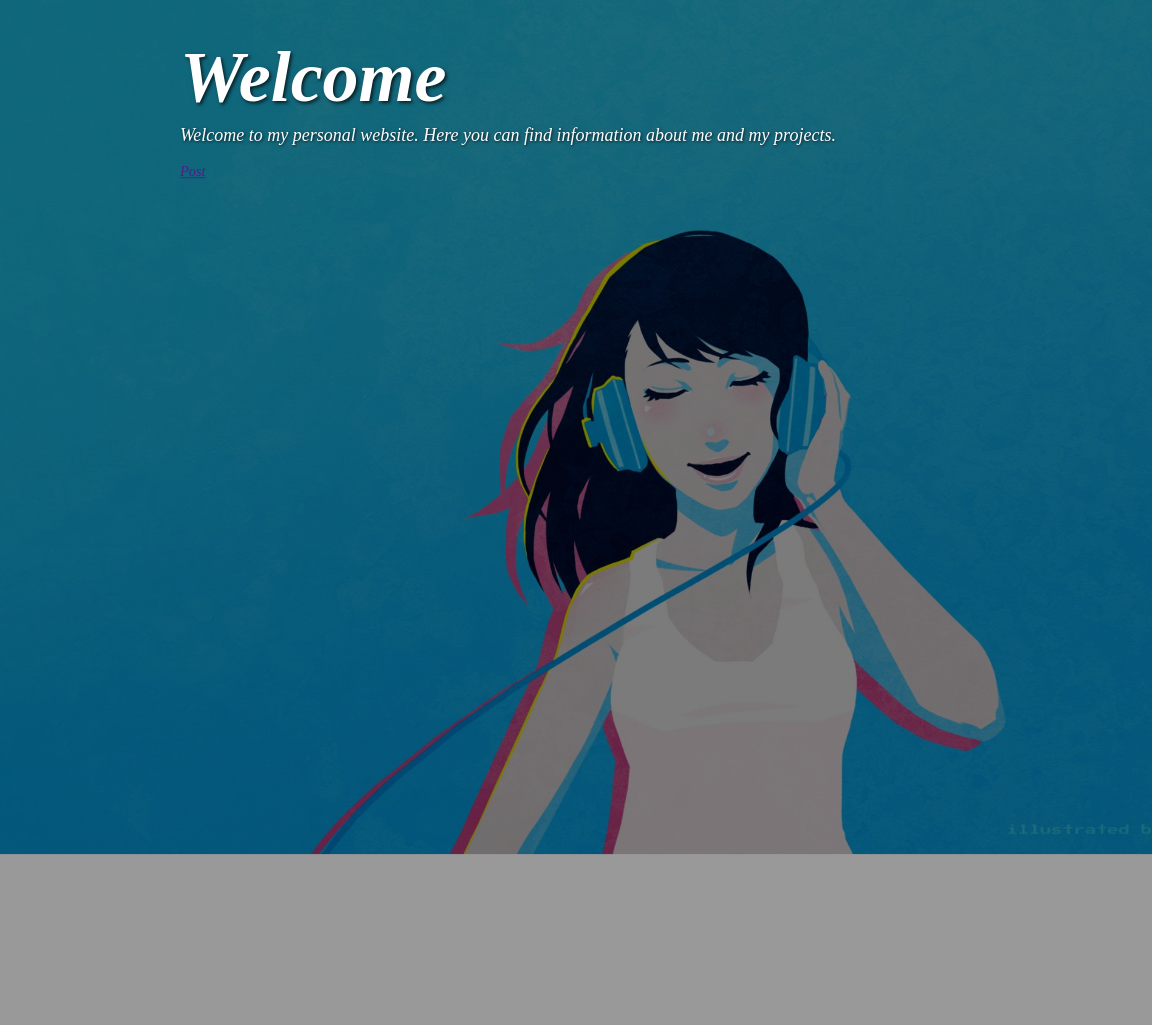
Repository: cydxf/cydxf.github.io
Page: index.html
The author's editor kept a copy of each file at every save. The page is drawn from the files as they stood at one save, then again after the next save.
The browser window is 1280 px wide. The pictures show the whole page, at 90% of full size.

Above is the page before, as saved 2024-08-02 02:15:39.

### index.html
<!DOCTYPE html>
<html lang="en">
<head>
    <meta charset="UTF-8">
    <meta name="viewport" content="width=device-width, initial-scale=1.0">
    <title>My Personal Website</title>
    <link rel="stylesheet" href="css/styles.css">
</head>
<body>
    <main>
        <section id="home" class="hero">
            <div class="hero-content">
                <h1>Welcome</h1>
                <p>Welcome to my personal website. Here you can find information about me and my projects.</p>
                <a href="" class="button">Post</a>
            </div>
        </section>
        <section id="about">
            <h2>About Me</h2>
            <p>This is the about section where you can find more information about me.</p>
        </section>
        <section id="projects">
            <h2>Projects</h2>
            <p>Here are some of my recent projects.</p>
            <ul>
                <li>Project 1</li>
                <li>Project 2</li>
                <li>Project 3</li>
            </ul>
        </section>
        <section id="contact">
            <h2>Contact</h2>
            <p>If you want to get in touch, please contact me via email.</p>
        </section>
    </main>
    <footer>
        <p>&copy; 2024 Huang Jiaxi</p>
    </footer>
    <script src="js/script.js"></script>
    </head>
</body>
</html>

### css/styles.css
body, html {
    margin: 0;
    padding: 0;
    height: 100%;
    width: 100%;
}

.hero {
    position: absolute;
    width: 100%;
    height: 131.8vh; /* Viewport height */
    left: 0;
    top: 0;
    background-image: url('../resource/image/shigiChannelArt_clean.jpg'); /* 首页大图  */
    background-size: cover;
    background-position: center;
    background-repeat: no-repeat;
    color: #fff;
    display: flex;
    justify-content: flex-start;
    align-items: flex-start;
    text-align: left;
}

.hero:before{
    content: '';
    position: absolute;
    top: 0;
    left: 0;
    width: 100%;
    height: 120%;
    background: rgba(0, 0, 0, 0.4);
    z-index: 1;
}

.hero-content {
    position: relative;
    z-index: 2;
    padding: 40px;
    margin-left: 160px;
    font-style: italic;
}

.hero h1 {
    font-size: 5rem; /* 适当调整标题字体大小 */
    margin: 0;
    padding: 0;
    text-shadow: 2px 2px 4px rgba(0, 0, 0, 0.7); /* 添加文本阴影使其更清晰 */
}

.hero p {
    font-size: 1.25rem; /* 适当调整副标题字体大小 */
    margin-top: 0.5rem;
    text-shadow: 1px 1px 3px rgba(0, 0, 0, 0.7); /* 添加文本阴影使其更清晰 */
}

### js/script.js
document.addEventListener("DOMContentLoaded", function() {
    const links = document.querySelectorAll("nav ul li a");

    links.forEach(link => {
        link.addEventListener("click", function(event) {
            event.preventDefault();
            const targetId = this.getAttribute("href").substring(1);
            const targetSection = document.getElementById(targetId);
            window.scrollTo({
                top: targetSection.offsetTop,
                behavior: "smooth"
            });
        });
    });
});

After the next save:
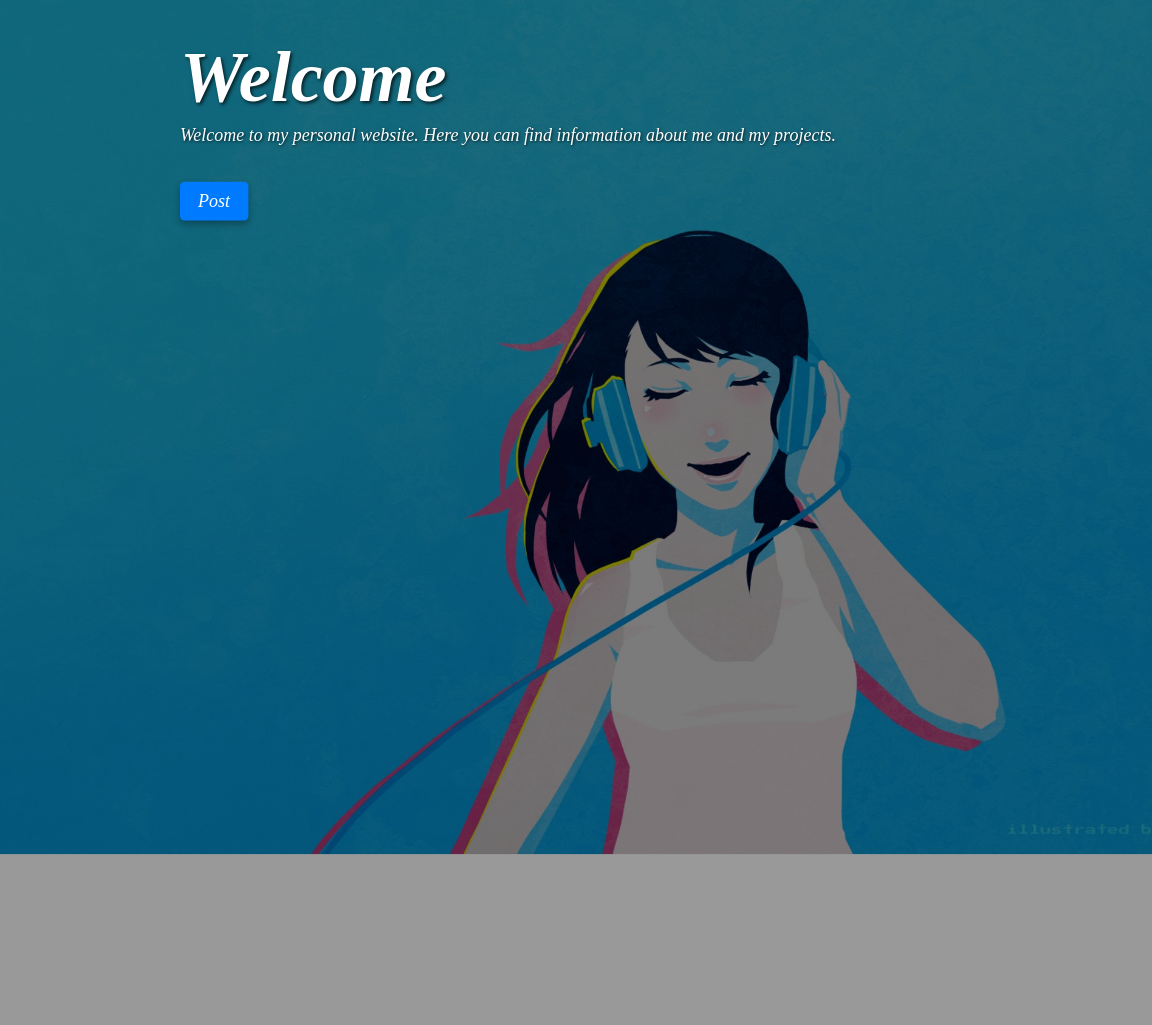
Saved 53 s later.
--- a/css/styles.css
+++ b/css/styles.css
@@ -53,3 +53,22 @@ body, html {
     margin-top: 0.5rem;
     text-shadow: 1px 1px 3px rgba(0, 0, 0, 0.7); /* 添加文本阴影使其更清晰 */
 }
+
+.button {
+    display: inline-block;
+    padding: 10px 20px;
+    margin-top: 20px; /* Adds spacing between text and button */
+    font-size: 1.25rem;
+    color: #fff;
+    background-color: #007bff; /* Change background color as needed */
+    border: none;
+    border-radius: 5px;
+    text-decoration: none;
+    text-align: center;
+    box-shadow: 0 4px 8px rgba(0, 0, 0, 0.3); /* Adds shadow to the button */
+    transition: background-color 0.3s ease; /* Smooth transition on hover */
+}
+
+.button:hover {
+    background-color: #0056b3; /* Change background color on hover */
+}
